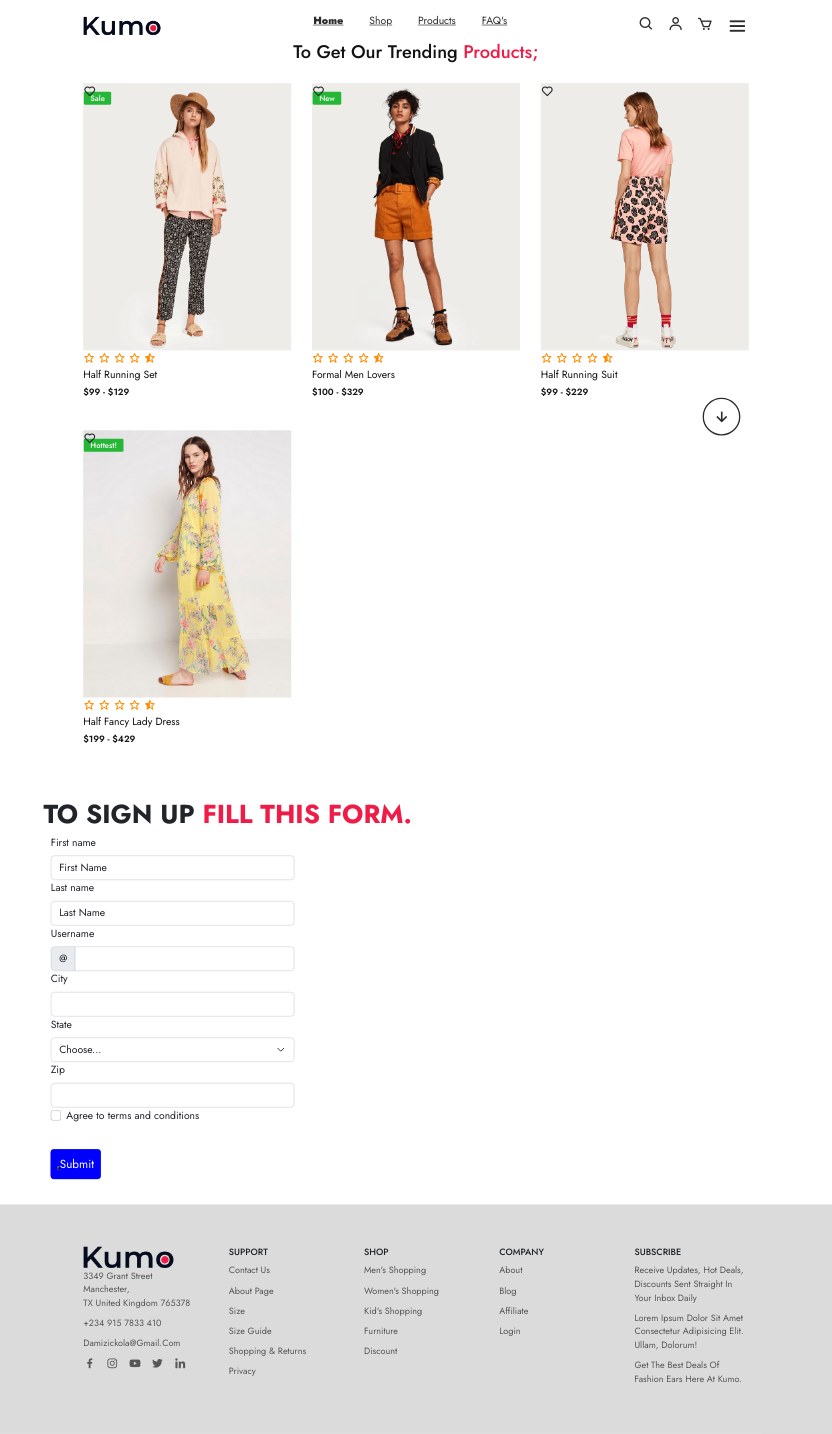
Repository: isaacCodes1/Kumo-Website.
Page: form.html
The author's editor kept a copy of each file at every save. The page is drawn from the files as they stood at one save, then again after the next save.
The browser window is 1280 px wide. The pictures show the whole page, at 65% of full size.

Above is the page before, as saved 2024-03-26 11:15:22.

After the next save:
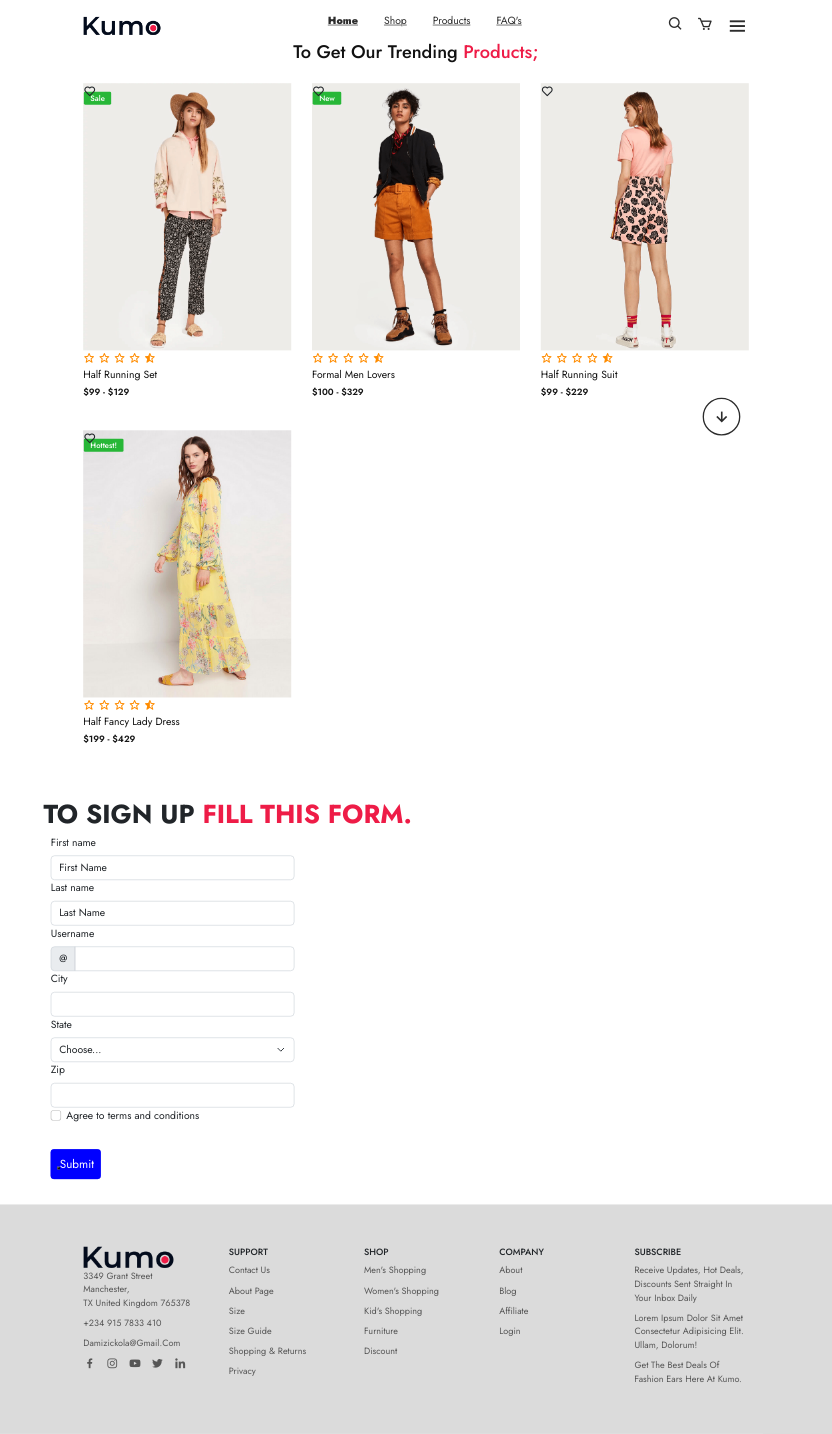
Saved 17 s later.
--- a/form.html
+++ b/form.html
@@ -46,7 +46,7 @@
       </ul>
       <div class="nav-icon">
         <a href="#"><i class="bx bx-search"></i></a>
-        <a href="#"><i class="bx bx-user"></i></a>
+
         <a href="#"><i class="bx bx-cart"></i></a>
         <div class="bx bx-menu" id="menu-icon"></div>
       </div>
